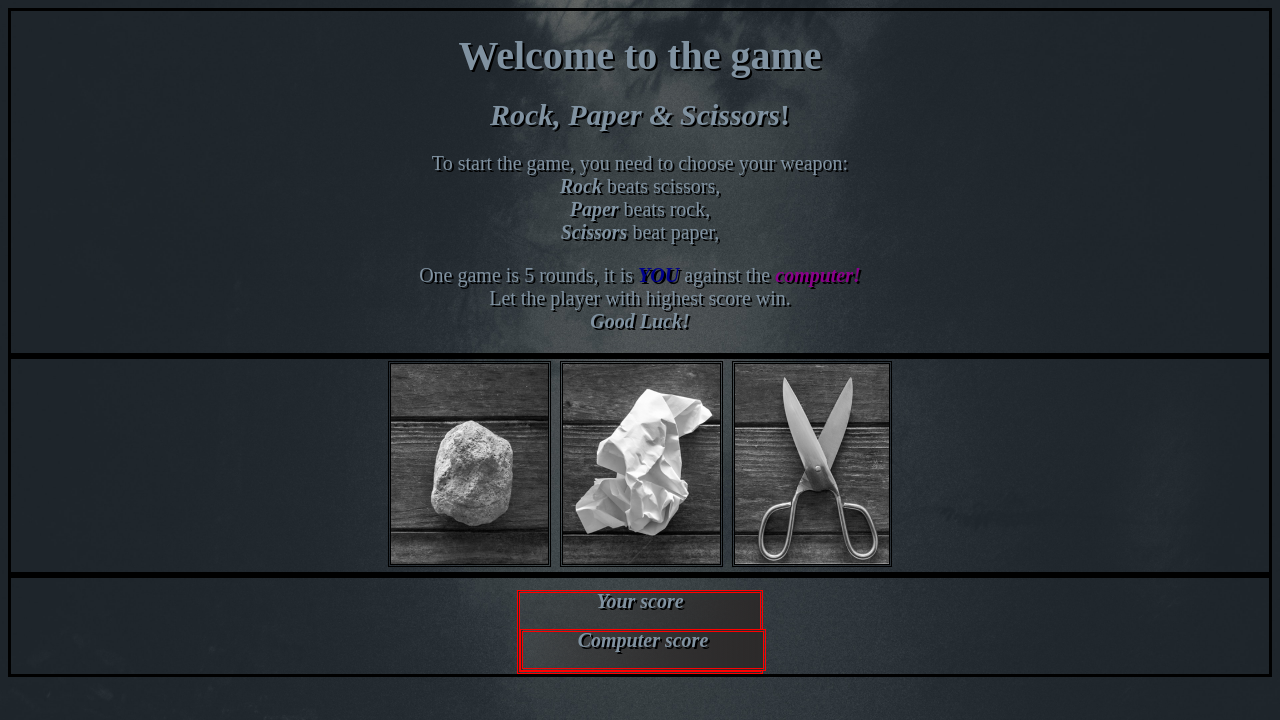
Repository: agneta1991/rock-paper-scissors
Page: Desktop/coding/index2.html
These files come from the project's save history. The page is drawn as it stood at one moment and after the next save; the edit follows.
The browser window is 1280 px wide. The pictures show the whole page.

Above is the page before, as saved 2023-03-06 08:53:16.

### Desktop/coding/index2.html
<!DOCTYPE html>
<html lang="en">
<head>
    <meta charset="UTF-8">
    <title>Rock Paper Scissors</title>
    <link rel="styleSheet" href='styles.css'>
</head>
<body>
    <script src="js.js" defer></script>
    <div class="container1">
        <div class="title">
            <h1>Welcome to the game </h1>
            <h2><span>Rock, Paper & Scissors</span>!</h2>
            <p>To start the game, you need to choose your weapon:<br>
            <span>Rock</span> beats scissors, <br>
            <span>Paper</span> beats rock, <br>
            <span>Scissors</span> beat paper,</p>
            <p>One game is 5 rounds, it is <span style="color: darkblue">YOU</span> against the <span style="color: darkmagenta">computer!</span><br>
            Let the player with highest score win.<br>
        <span>Good Luck!</span></p>
        </div>
    </div>
    <div class ="container2">
        <div class="options">
            <button class="Rock"> <img src='images/rock.png'></button>
            <button class="Paper"><img src='images/paper.png'></button>
            <button class="Scissors"><img src='images/scissors.png'></button>
        </div>
    </div>
    <div class="container3">
        <div id="playerChoice"></div><div id="computerChoice"></div>
        <div id="msg"></div>
        <div class="score">
            <div class="playerScore"><span>Your score<span></span>
            <div id="displayedPlayerScore"></p></div>
            <div class="computerScore"><span>Computer score<span></span>
            <div id="displayedComputerScore"></p></div></div>
        </div>
    </div>
</body>
</html>

### Desktop/coding/styles.css
body{
    background-image: url('images/background.jpg');
    background-size:100%;
}
h1, h2{
    line-height: 90%;
}

.container1, .container2, .container3{
    border: solid black;
    color: rgb(128, 146, 161);
    text-shadow: 2px 2px black;
    font-size: 20px;
}
span{
    font-weight: bold;
    font-style: italic;
}
.container1{
    display: flex;
    justify-content: center;
    text-align: center;
}


img{
    width: auto ;
    height: 200px ;
    border-style: double;
}

.container2 {
    display: flex;
    justify-content: center;
    gap: 8px;
}
button{
    background-color: transparent;
    padding: 0%;
    border-color: transparent;
}


img {
    -webkit-filter:
    grayscale(100%);
    filter:grayscale(100%);
    -webkit-transition: .2s
    ease-in-out;
    transition: .2s ease-in-out;

}

img:hover {
    -webkit-filter:grayscale(0);
    filter:grayscale(0);

}

.playerScore, .computerScore {
    display: block;
    border-color: red;
    line-height: 80%;
    width: 240px;
    border-style: double;
    background-image: linear-gradient(to right, rgba(156, 146, 146, 0.055),rgb(44, 42, 42) );
}

.score{
    display: flex;
    flex-wrap: wrap;
    justify-content: center;
    text-align: center;
    gap: 5px;

}

#playerChoice, #computerChoice, #msg{
    display: flex;
    justify-content: center;
    text-align: center;
    padding: 2px;
    font-size: 25px;
    display: flex;
    justify-content: center;
    text-align: center;
}

### Desktop/coding/js.js
const choice = ['Rock', 'Paper', 'Scissors'];
const computerChoice = choice[Math.floor(Math.random()*choice.length)];


function round() {
const btn = document.querySelectorAll('button');


function oneClick(){
    btn.forEach((individualBtn)=>{
    individualBtn.addEventListener('click', ()=>{
        document.getElementById ('playerChoice').innerHTML = individualBtn.className + ' against '
        document.getElementById('computerChoice').innerHTML = computerChoice;
        let clicked = individualBtn.className;
        console.log(clicked);


            let msgComp = 'Computer wins!';
            let msgPlay = 'You win!';
            let msgT = "it's a tie!";
            let playerScore=0;
            let computerScore=0;

         if (clicked === 'Rock' && computerChoice === 'Paper'){
            document.getElementById('msg').innerHTML= msgComp;
            ++computerScore;
            document.getElementById('displayedComputerScore').innerHTML = computerScore;
            document.getElementById('displayedPlayerScore').innerHTML = playerScore;
            } else if (clicked==='Paper' && computerChoice ==='Scissors'){
            document.getElementById('msg').innerHTML= msgComp;
            ++computerScore;
            document.getElementById('displayedComputerScore').innerHTML = computerScore;
            document.getElementById('displayedPlayerScore').innerHTML = playerScore;
            } else if (clicked === 'Scissors' && computerChoice==='Rock'){
            ++computerScore;
            document.getElementById('displayedComputerScore').innerHTML = computerScore;
            document.getElementById('displayedPlayerScore').innerHTML = playerScore;
            document.getElementById('msg').innerHTML= msgComp;
            } else if (clicked=== 'Paper' && computerChoice==='Rock'){
            ++playerScore;
            document.getElementById('displayedPlayerScore').innerHTML = playerScore;
            document.getElementById('displayedComputerScore').innerHTML = computerScore;
            document.getElementById('msg').innerHTML= msgPlay;
            } else if(clicked === 'Scissors' && computerChoice === 'Paper'){
            ++playerScore;
            document.getElementById('displayedPlayerScore').innerHTML = playerScore;
            document.getElementById('displayedComputerScore').innerHTML = computerScore;
            document.getElementById('msg').innerHTML= msgPlay;
            } else if (clicked === 'Rock' && computerChoice==='Scissors'){
            ++playerScore;
            document.getElementById('displayedPlayerScore').innerHTML = playerScore;
            document.getElementById('displayedComputerScore').innerHTML = computerScore;
            document.getElementById('msg').innerHTML= msgPlay;

            } else document.getElementById('msg').innerHTML= msgT;
            document.getElementById('displayedPlayerScore').innerHTML = playerScore;
            document.getElementById('displayedComputerScore').innerHTML = computerScore;


    });
});
}
oneClick();


}

round();

After the next save:
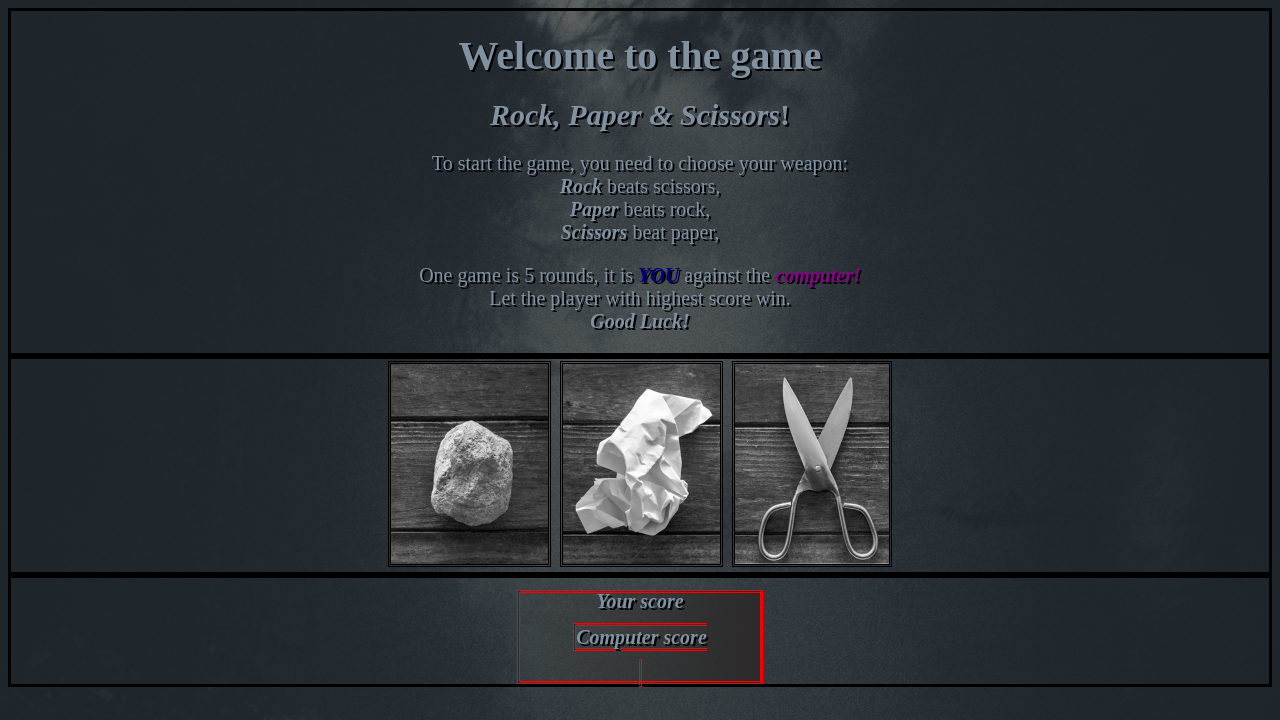
Saved 13 s later.
--- a/Desktop/coding/styles.css
+++ b/Desktop/coding/styles.css
@@ -58,7 +58,7 @@ img:hover {
 }
 
 .playerScore, .computerScore {
-    display: block;
+    display: inline;
     border-color: red;
     line-height: 80%;
     width: 240px;
